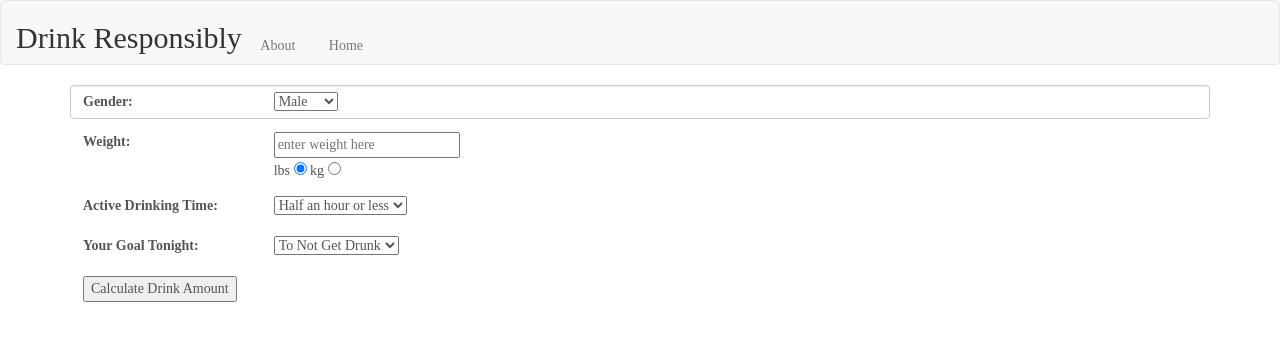
Repository: NatNat180/DrinkResponsibly
Page: http://localhost/DrinkResponsibly/form
An editor plug-in stored every save of this project. The page is shown before and after the next save, followed by the edit.
The browser window is 1280 px wide. The pictures show the whole page.
Some web fonts or font styles are not loaded; a fallback is used. The page is served by Tomcat 9. Other server files are loaded and not shown.

Above is the page before, as saved 2016-04-14 00:19:37.

### DrinkResponsibly/WebContent/WEB-INF/index.jsp
<%@ page language="java" contentType="text/html; charset=UTF-8"
    pageEncoding="ISO-8859-1"%>
<%@ taglib prefix="c" uri="http://java.sun.com/jsp/jstl/core" %>
<!DOCTYPE html>
<html lang="eng">
<head>
<meta http-equiv="Content-Type" content="text/html; charset=UTF-8">
<link rel="stylesheet" type="text/css" href="bootstrap/css/bootstrap.css"/>
<link rel="stylesheet" type="text/css" href="css/style.css"/>
<title>Drink Responsibly</title>
<script type="text/javascript">
function isNum(press){
	var charCode = (press.which) ? press.which : event.keyCode;
	if(charCode < 48 || charCode > 57){
		return false;
	}

	return true;
}
</script>
</head>
<body>
<c:import url="/WEB-INF/navigation.html"/>
<section class="container">
<form class="form-control" method="post" action="calculate-drink-amount">

<div class="form-group row">
<label class="col-sm-2 form-control-label">Gender:</label>
<div class="col-sm-10">
<select name="gender">
	<option value="male">Male</option>
	<option value="female">Female</option>
</select>
</div>
</div>

<div class="form-group row">
<label class="col-sm-2 form-control-label">Weight:</label>
<div class="col-sm-10">
<input type="text" name="weight" placeholder="enter weight here" onkeypress="return isNum(event)" required>
<br>
lbs <input type="radio" name="unit" value="lbs" checked/>
kg <input type="radio" name="unit" value="kg" />
</div>
</div>




<div class="form-group row">
<label class="col-sm-2 form-control-label">Active Drinking Time:</label>
<div class="col-sm-10">
<select name="drink-time">
	<option value="0">Half an hour  or less</option>
	<option value="1">1</option>
	<option value="2">2</option>
	<option value="3">3</option>
	<option value="4">4</option>
	<option value="5">5</option>
	<option value="6">6</option>
	<option value="7">7</option>
	<option value="8">8</option>
	<option value="9">9</option>
	<option value="10">10</option>
	<option value="11">11</option>
	<option value="12">12+</option>
</select>
</div>
</div>

<div class="form-group row">
<label class="col-sm-2 form-control-label">Your Goal Tonight:</label>
<div class="col-sm-10">
<select name="goal">
	<option value="drunk">To Not Get Drunk</option>
	<option value="sick">To Not Get Sick</option>
</select>
</div>
</div>

<input type="submit" value="Calculate Drink Amount" name="submit">
</form>
</section>
</body>
</html>

### DrinkResponsibly/WebContent/WEB-INF/navigation.html
<nav class="navbar navbar-default" role="navigation">
	<div class="container-fluid">
		<div class="navbar-header">
		  <h1 class="nav-title" style="font-size: 30px;">Drink Responsibly</h1>
		</div>
		<ul class="nav navbar-nav navbar-left">
			<li id="right"><a href="">&nbsp;About</a>
			<li id="right"><a href="form">&nbsp;Home</a>
		</ul>
	</div>
</nav>

### DrinkResponsibly/src/com/application/Form.java
package com.application;

import java.io.IOException;
import javax.servlet.ServletException;
import javax.servlet.annotation.WebServlet;
import javax.servlet.http.HttpServlet;
import javax.servlet.http.HttpServletRequest;
import javax.servlet.http.HttpServletResponse;

@WebServlet("/form")
public class Form extends HttpServlet {
	private static final long serialVersionUID = 1L;

    public Form() {
        super();

    }

	protected void doPost(HttpServletRequest request, HttpServletResponse response) throws ServletException, IOException {

		doGet(request, response);
	}

	protected void doGet(HttpServletRequest request, HttpServletResponse response) throws ServletException, IOException {

		request.getServletContext().getRequestDispatcher("/WEB-INF/index.jsp").forward(request, response);
	}

}

### DrinkResponsibly/WebContent/css/style.css
@import url(https://fonts.googleapis.com/css?family=Fjalla+One|Poiret+One|Bitter|Arvo|Amatic+SC:400,700);

/*
font-family: 'Fjalla One', sans-serif;
font-family: 'Poiret One', cursive;
font-family: 'Bitter', serif;
font-family: 'Arvo', serif;
font-family: 'Amatic SC', cursive;
*/

nav a {

	top: 20px;
}

h1 {font-family: 'Poiret One', cursive;}
body {font-family: 'Arvo', serif;}
.center-text {text-align:center;}

ul {
	list-style-type: none;
}

.label a {
	color: white;
}

a:hover{
	text-decoration: none;
	color: #55555;
}

form p {
	margin-top: 5px;
	margin-bottom: 5px;
}

hr {
	border: 0;
	height: 1px;
	background: #333;
	background-image: linear-gradient(to right, #ccc, #333, #ccc);
}

Loaded but not shown: DrinkResponsibly/WebContent/bootstrap/css/bootstrap.css (library)

After the next save:
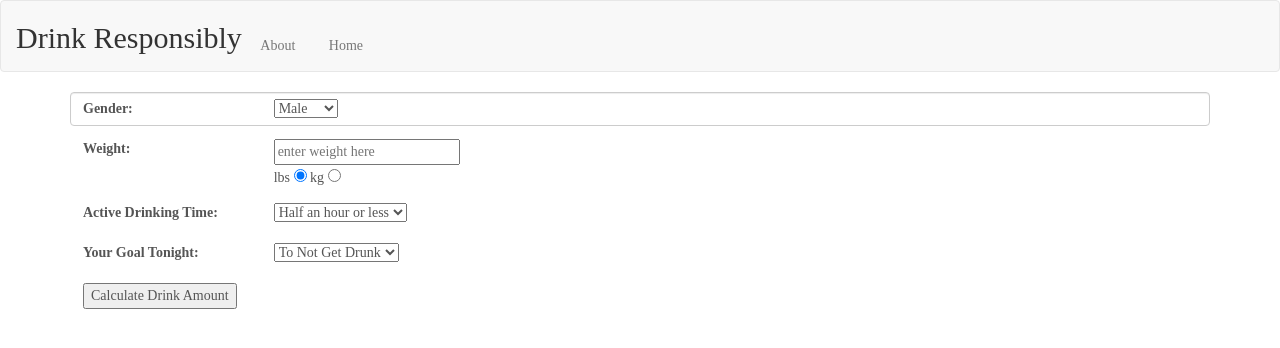
Saved 8 s later.
--- a/DrinkResponsibly/WebContent/css/style.css
+++ b/DrinkResponsibly/WebContent/css/style.css
@@ -10,7 +10,7 @@ font-family: 'Amatic SC', cursive;
 
 nav a {
 
-	top: 20px;
+	margin-top: 20px;
 }
 
 h1 {font-family: 'Poiret One', cursive;}
